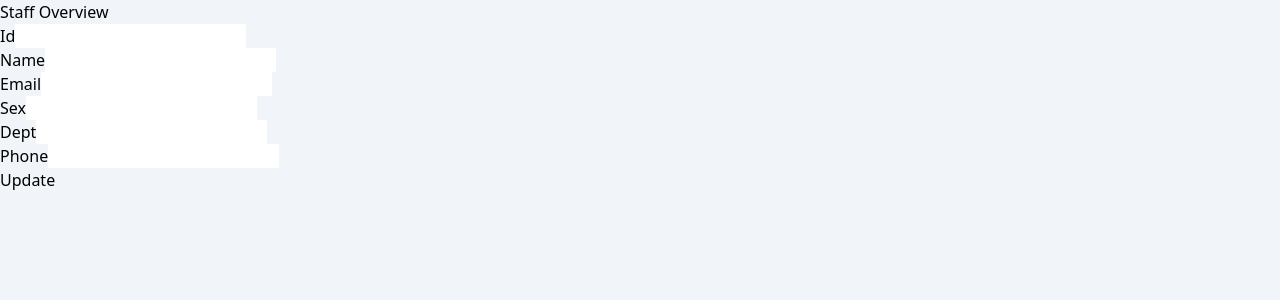
Repository: Semanmernstack/crud
Page: /employee/create
The author's editor kept a copy of each file at every save. The page is drawn from the files as they stood at one save, then again after the next save.
The browser window is 1280 px wide. The pictures show the whole page.
The project was rebuilt for these pictures with package versions that can differ from the ones it lists, and the page was loaded fresh each time. Also part of the build but not shown: src/List.js, src/Details.js, src/Edit.js.

Above is the page before, as saved 2022-12-24 01:25:12.

### src/App.js
import List from "./List";
import {
  BrowserRouter,
  Routes,
  Route,

} from "react-router-dom";
import Details from "./Details";
import Create from "./Create";
import Edit from "./Edit";



function App() {
  return (
    <div className="bg-slate-100 h-screen">
      <BrowserRouter>

      <Routes>
        <Route path="/" element={<List/>}> </Route>
        <Route path="/employee/create" element={<Create/>}> </Route>
        <Route path="/employee/details/:empid" element={<Details/>}> </Route>
        <Route path="/employee/edit/:empid" element={<Edit/>}> </Route>
      </Routes>
      </BrowserRouter>

    </div>
  );
}

export default App;

### src/Create.js
import React from 'react'

function Create() {
  return (
    <div>
        <div>
            <p>Staff Overview</p>
        </div>
        <form >
          <div>
          <div>
            <span>Id</span>
            <input type="text" />
          </div>
          <div>
            <span>Name</span>
            <input type="text" required />
          </div>
          <div>
            <span>Email</span>
            <input type="email" />
          </div>
          <div>
            <span>Sex</span>
            <input type="text" />
          </div>
          <div>
            <span>Dept</span>
            <input type="text" />
          </div>
          <div>
            <span>Phone</span>
            <input type="number" />
          </div>
          <button>Update</button>
          </div>
        </form>
    </div>
  )
}

export default Create

Loaded but not shown: public/index.html (common file); src/index.js (common file); src/index.css (common file); src/reportWebVitals.js (common file); tailwind.config.js (common file)

After the next save:
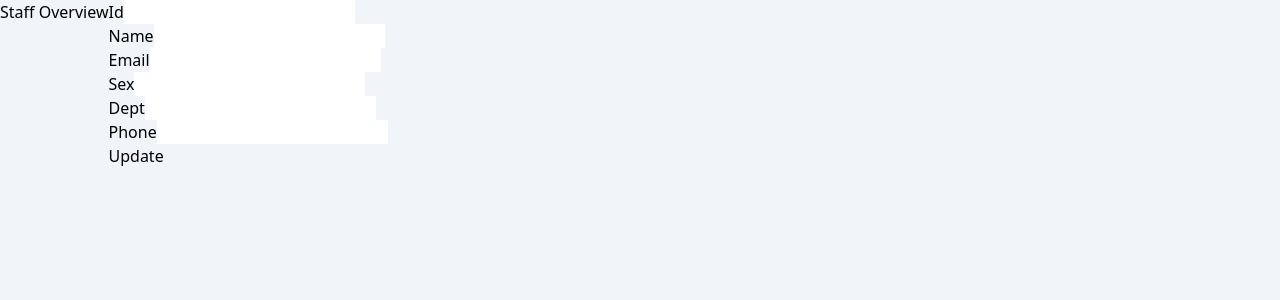
Saved 49 s later.
--- a/src/Create.js
+++ b/src/Create.js
@@ -2,7 +2,7 @@
 
 function Create() {
   return (
-    <div>
+    <div className="flex">
         <div>
             <p>Staff Overview</p>
         </div>

After the save that followed:
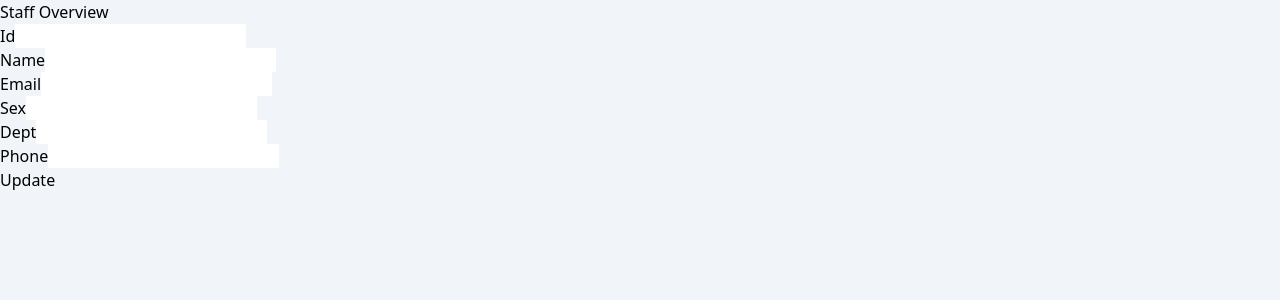
Saved 8 s later.
--- a/src/Create.js
+++ b/src/Create.js
@@ -2,7 +2,7 @@
 
 function Create() {
   return (
-    <div className="flex">
+    <div className="flex flex-col">
         <div>
             <p>Staff Overview</p>
         </div>
